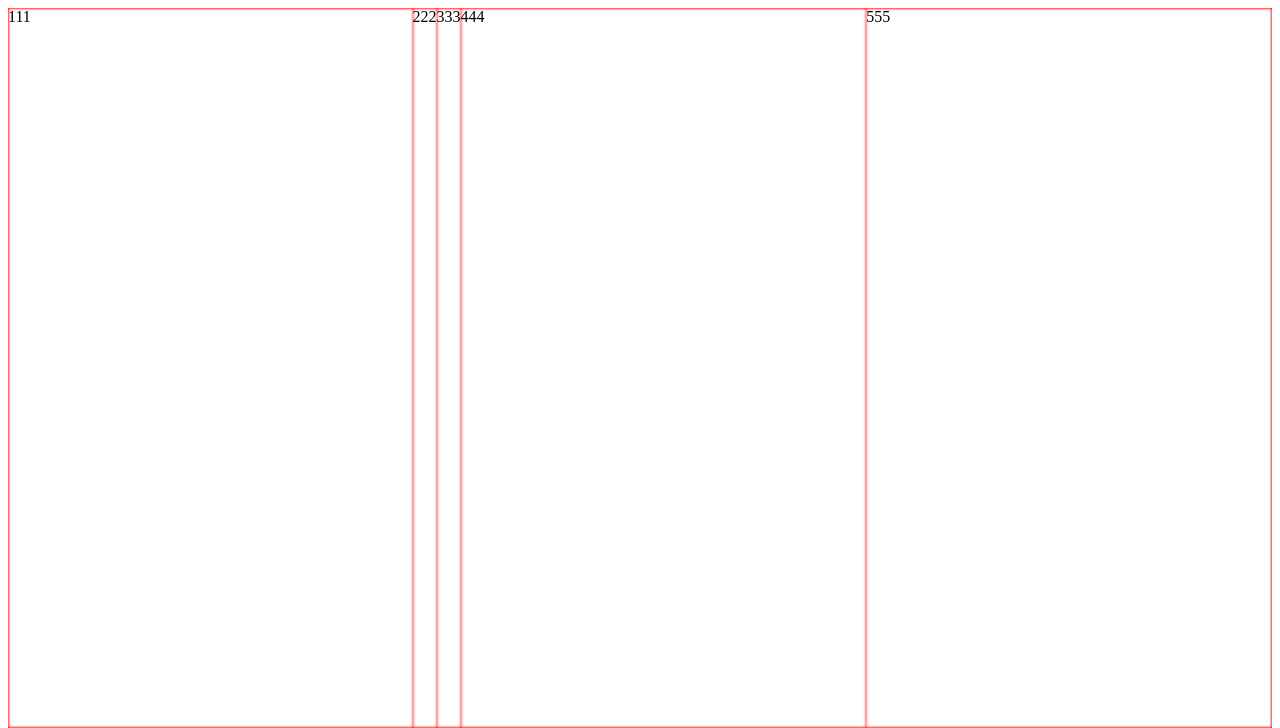
Repository: Joamg/Joamg.github.io
Page: miao/oald-layout-flex.html
These files come from the project's save history. The page is drawn as it stood at one moment and after the next save; the edit follows.
The browser window is 1280 px wide. The pictures show the whole page.

Above is the page before, as saved 2021-05-27 20:16:35.

After the next save:
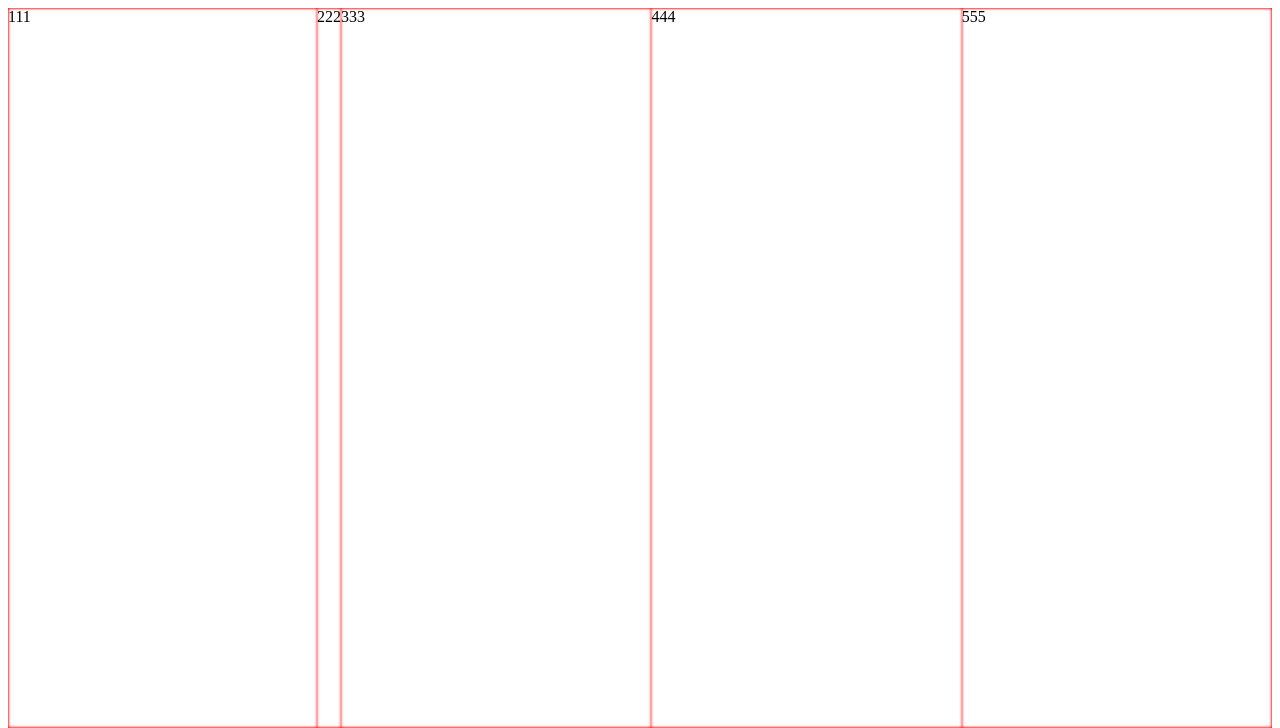
Saved 14 s later.
--- a/miao/oald-layout-flex.html
+++ b/miao/oald-layout-flex.html
@@ -23,7 +23,7 @@
     display: flex;
     box-shadow: inset  0 0 3px red;
   }
-  [a], [d], [e] {
+  [a], [c], [d], [e] {
     flex-grow: 2;
   }
   </style>
